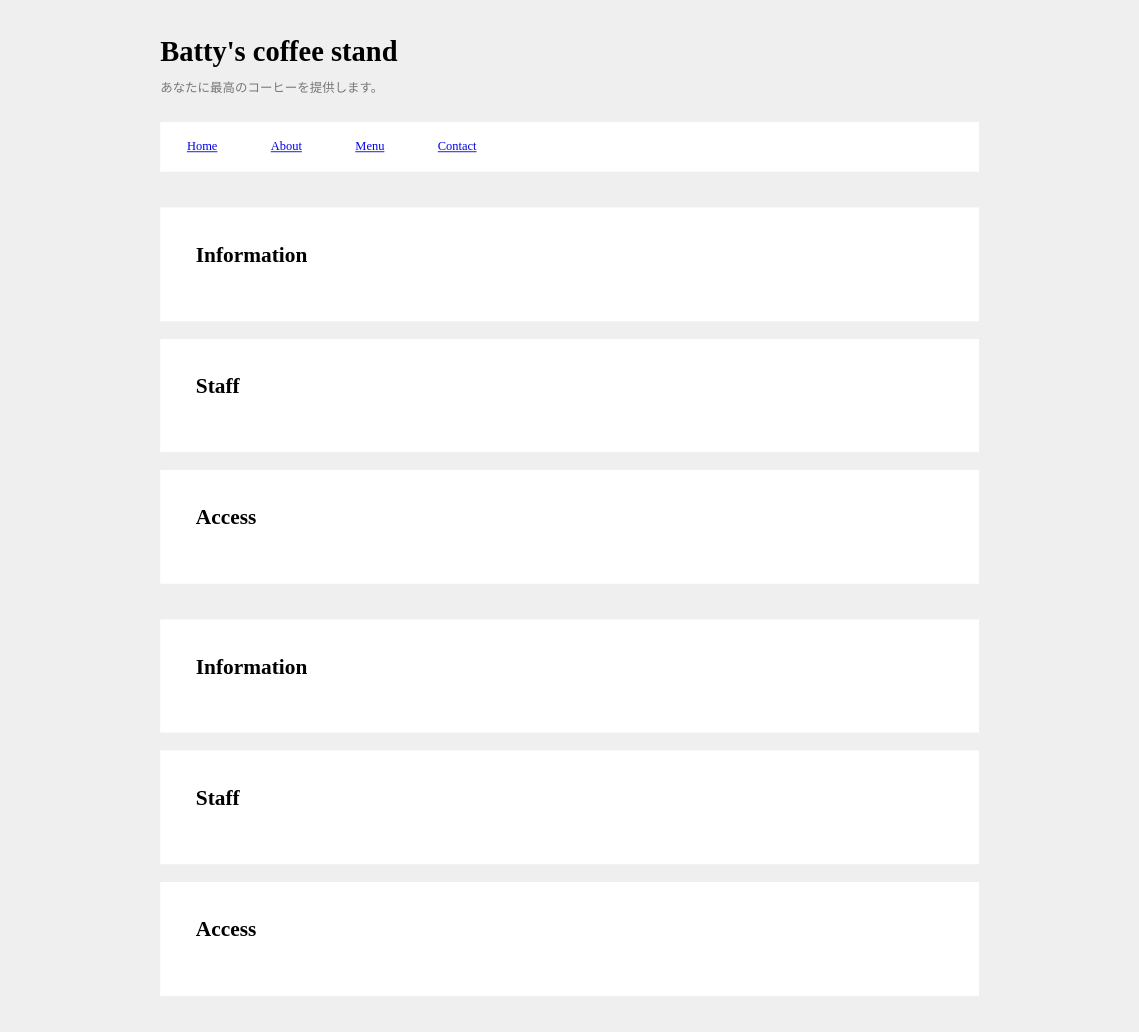
Repository: riharada/inventory
Page: html/batty_coffee_stand/index.html
The author's editor kept a record of every edit. The page is drawn from the files as they stood at one moment, then again after the next edit.
The browser window is 1280 px wide. The pictures show the whole page, at 89% of full size.

Above is the page before.

After the next edit:
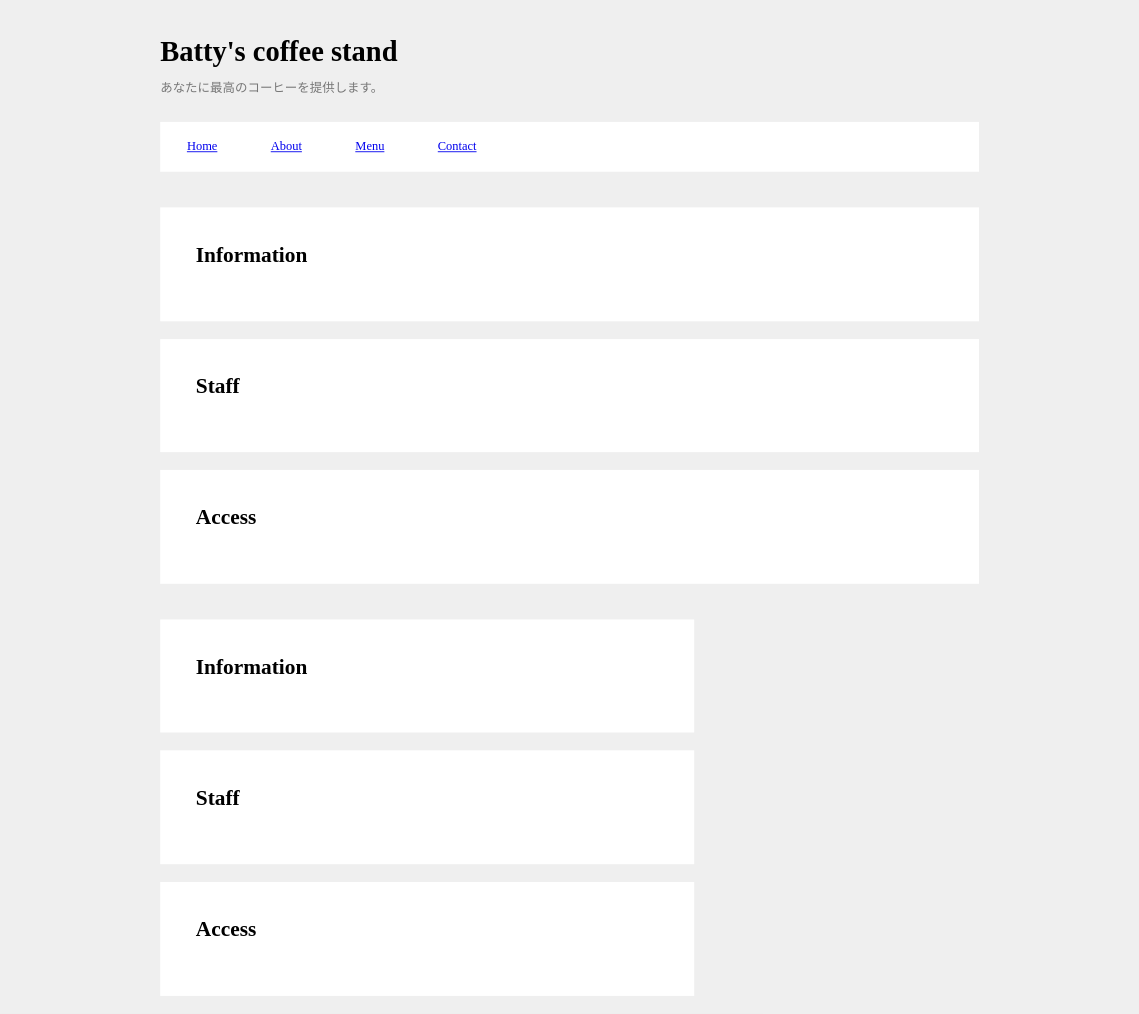
The edit:
--- a/html/batty_coffee_stand/css/style.css
+++ b/html/batty_coffee_stand/css/style.css
@@ -58,3 +58,8 @@ header {
   margin-bottom: 20px;
   background-color: #fff;
 }
+.left-contents {
+  width: 600px;
+  margin-right: 20px;
+  float: left;
+}
